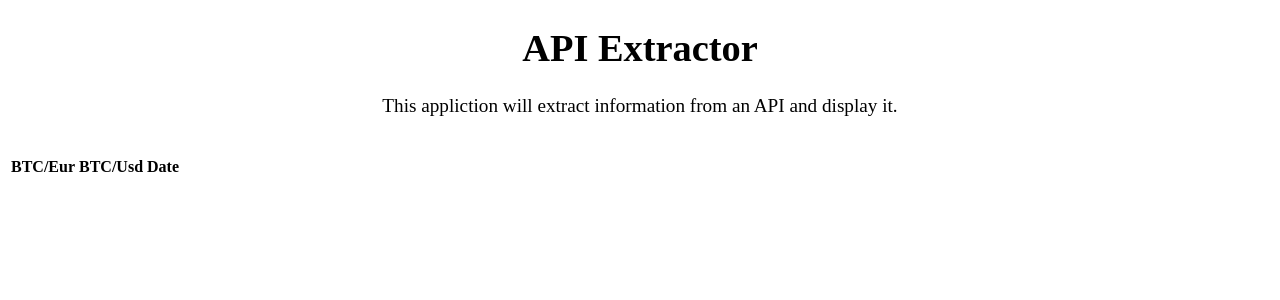
Repository: vxyux/api-extraction
Page: index.html
The author's editor kept a copy of each file at every save. The page is drawn from the files as they stood at one save, then again after the next save.
The browser window is 1280 px wide. The pictures show the whole page.
The page's requests for data from a server got no answer.

Above is the page before, as saved 2023-09-05 10:33:58.

### index.html
<!DOCTYPE html>
<html lang="en">
<head>
  <meta charset="UTF-8">
  <meta name="viewport" content="width=device-width, initial-scale=1.0">
  <title>Document</title>
  <link rel="stylesheet" href="stylesheet.css">
  <script src="app.js"></script>
</head>
<body>
  <div class="center">
    <h1>API Extractor</h1>
    <p>This appliction will extract information from an API and display it.</p>
  </div>

  <img src="" id="loading" alt="">

  <table>
  <tr>
    <th>BTC/Eur</th>
    <th>BTC/Usd</th>
    <th>Date</th>
  </tr>
  <tr>
    <td><div id="rate-eur"></div></td>
    <td><div id="rate-usd"></div></td>
    <td><div id="date"></div></td>
  </tr>
</table>
</body>
</html>

### stylesheet.css
.center {
  text-align: center;
  font-size: 120%;
}

### app.js
const api_url = 'https://api.coindesk.com/v1/bpi/currentprice.json';

async function getapi(url) {
  const response = await fetch(url);

  var data = await response.json();

  console.log(data.bpi.EUR.rate);

  if (response) {
    hideloader();
  }
  show(data);
}

getapi(api_url);

function hideloader() {
  document.getElementById('loading').style.display = 'none';
}

function show(data) {
  var rate_eur = data.bpi.EUR.rate;
  var rate_usd = data.bpi.USD.rate;
  var date = data.time.updated;

  document.getElementById('rate-eur').innerHTML =
    '<p>' + rate_eur + '</p>';

  document.getElementById('rate-usd').innerHTML =
    '<p>' + rate_usd + '</p>';

  document.getElementById('date').innerHTML =
    '<p>' + date + '</p>';
}

After the next save:
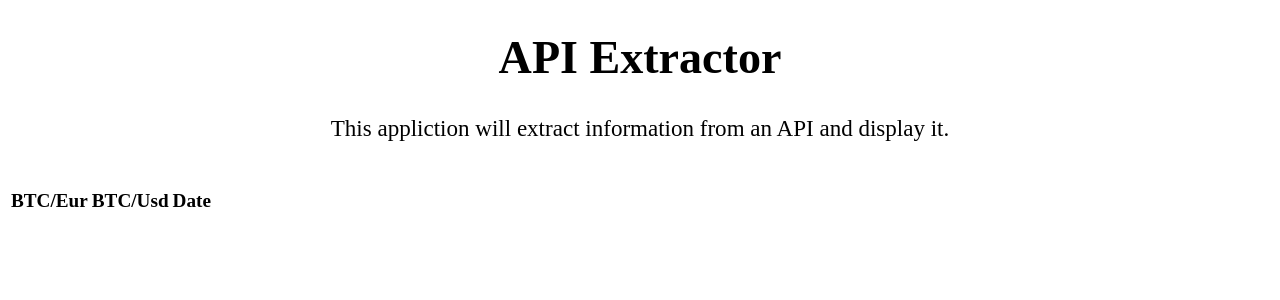
Saved 10 s later.
--- a/index.html
+++ b/index.html
@@ -7,7 +7,7 @@
   <link rel="stylesheet" href="stylesheet.css">
   <script src="app.js"></script>
 </head>
-<body>
+<body class="center">
   <div class="center">
     <h1>API Extractor</h1>
     <p>This appliction will extract information from an API and display it.</p>
